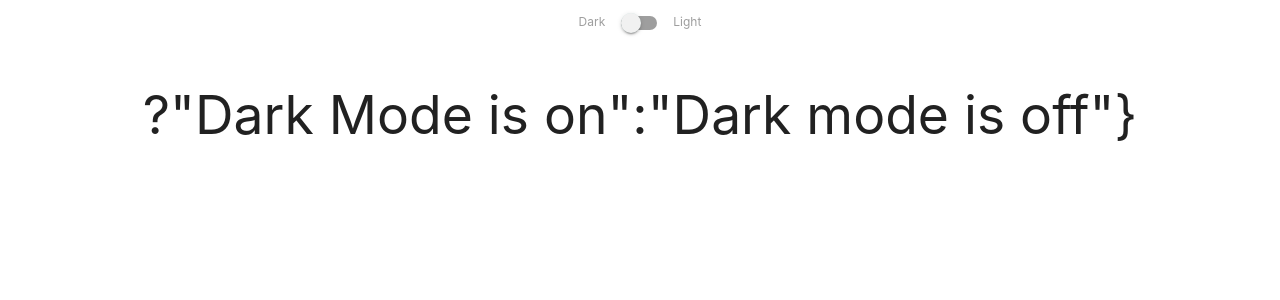
Repository: imrvj/Dark-Light-Mode
Page: /
The author's editor kept a copy of each file at every save. The page is drawn from the files as they stood at one save, then again after the next save.
The browser window is 1280 px wide. The pictures show the whole page.
The project was rebuilt for these pictures with package versions that can differ from the ones it lists, and the page was loaded fresh each time.

Above is the page before, as saved 2020-02-20 13:06:35.

### public/index.html
<!DOCTYPE html>
<html lang="en">
  <head>
    <meta charset="utf-8" />
    <link rel="icon" href="%PUBLIC_URL%/favicon.ico" />
    <meta name="viewport" content="width=device-width, initial-scale=1" />
    <meta name="theme-color" content="#000000" />
    <meta
      name="description"
      content="Web site created using create-react-app"
    />
    <link rel="apple-touch-icon" href="%PUBLIC_URL%/logo192.png" />
    <!--
      manifest.json provides metadata used when your web app is installed on a
      user's mobile device or desktop. See https://developers.google.com/web/fundamentals/web-app-manifest/
    -->
    <link rel="manifest" href="%PUBLIC_URL%/manifest.json" />
    <!--
      Notice the use of %PUBLIC_URL% in the tags above.
      It will be replaced with the URL of the `public` folder during the build.
      Only files inside the `public` folder can be referenced from the HTML.

      Unlike "/favicon.ico" or "favicon.ico", "%PUBLIC_URL%/favicon.ico" will
      work correctly both with client-side routing and a non-root public URL.
      Learn how to configure a non-root public URL by running `npm run build`.
    -->

    <!-- Compiled and minified CSS -->
    <link rel="stylesheet" href="https://cdnjs.cloudflare.com/ajax/libs/materialize/1.0.0/css/materialize.min.css">

    <title>React App</title>
  </head>
  <body>
    <noscript>You need to enable JavaScript to run this app.</noscript>
    <div id="root"></div>
    <!--
      This HTML file is a template.
      If you open it directly in the browser, you will see an empty page.

      You can add webfonts, meta tags, or analytics to this file.
      The build step will place the bundled scripts into the <body> tag.

      To begin the development, run `npm start` or `yarn start`.
      To create a production bundle, use `npm run build` or `yarn build`.
    -->
     <!-- Compiled and minified JavaScript -->
     <script src="https://cdnjs.cloudflare.com/ajax/libs/materialize/1.0.0/js/materialize.min.js"></script>

  </body>
</html>

### src/App.js
import React, { useState } from 'react';

import './App.css';

function App() {
  const [dark, setDark] = useState(false)

  return (

    <div className="App ">
              <div className="nav">
              <div className="switch">
          <label>
            Dark
            <input type="checkbox" onChange={()=>setDark(!dark)}/>
            <span className="lever"></span>
            Light
          </label>
        </div>
        </div>

        <div className="content">
  <h2>{dark}?"Dark Mode is on":"Dark mode is off"}</h2>
        </div>
      </div>
  );
}

export default App;

### src/App.css
.nav
{
  display: flex;
 justify-content: center;
 height: 50px;
 padding-top: 10px;

 color: white;

}

.content
{
  text-align: center;
  height: 500px;
}

.dark-mode{
  background-color: rgb(58, 54, 54);
  color: whitesmoke;
}

Loaded but not shown: src/index.js (common file); src/index.css (common file); src/serviceWorker.js (common file)

After the next save:
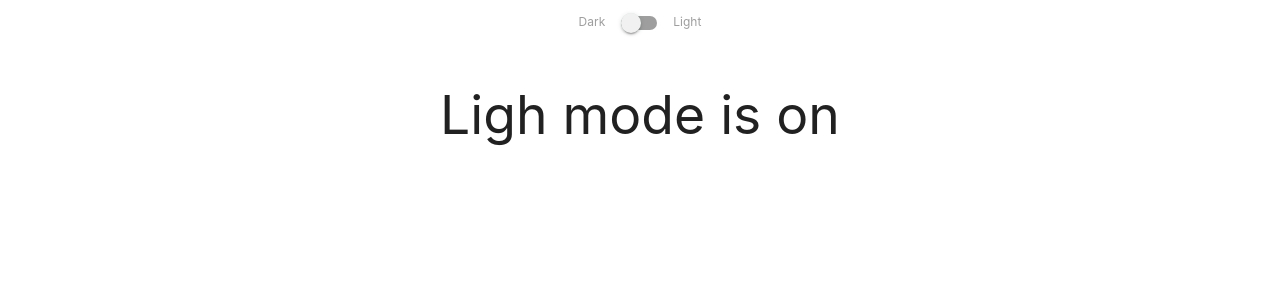
Saved 37 s later.
--- a/src/App.js
+++ b/src/App.js
@@ -20,7 +20,7 @@ function App() {
         </div>
 
         <div className="content">
-  <h2>{dark}?"Dark Mode is on":"Dark mode is off"}</h2>
+<h2>{dark?"dark mode is on" : "Ligh mode is on"}</h2>
         </div>
       </div>
   );
